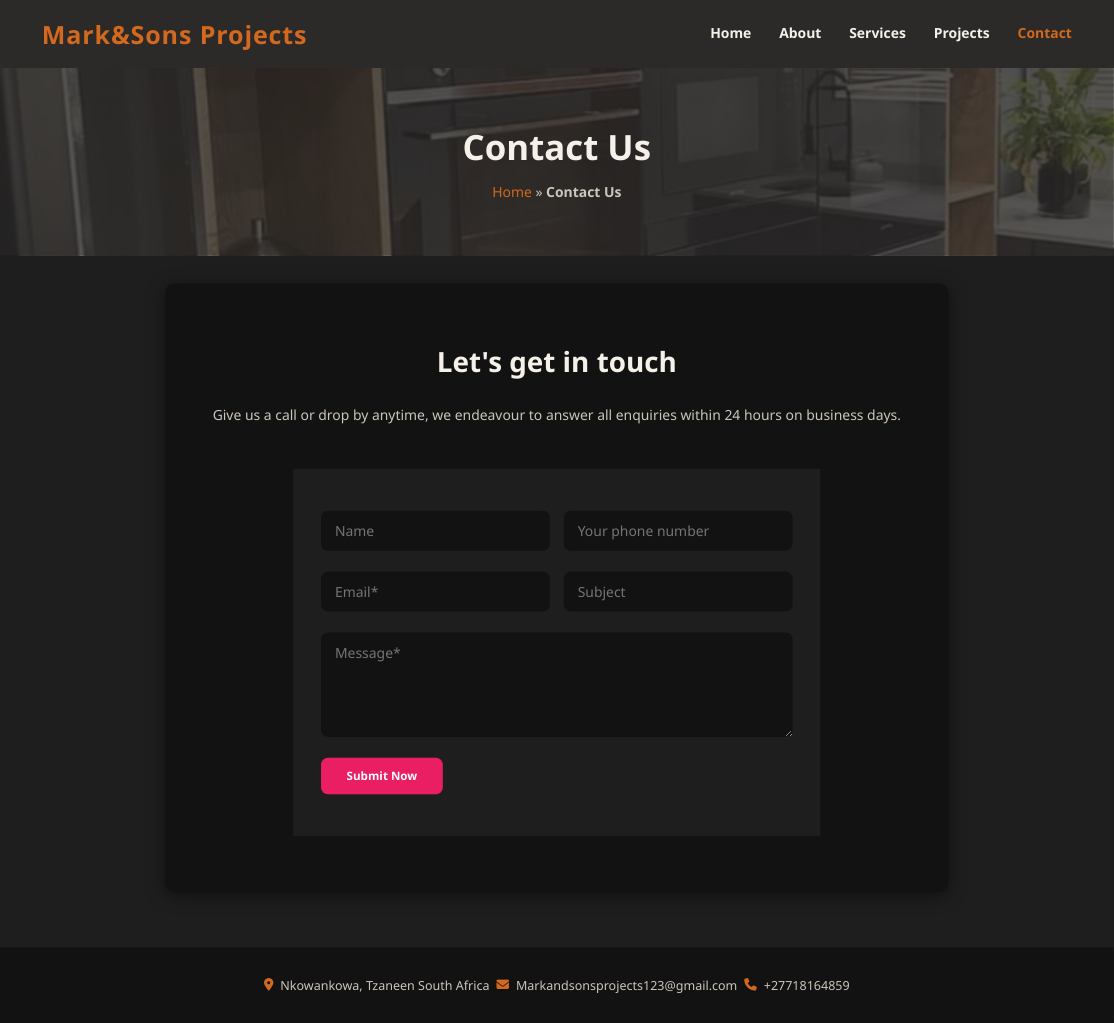
Repository: VallowEvido/Mark-SonsProjects
Page: contact.html
An editor plug-in stored every save of this project. The page is shown before and after a run of saves, followed by the edit.
The browser window is 1280 px wide. The pictures show the whole page, at 87% of full size.

Above is the page before, as saved 2025-07-19 17:50:54.

After the next 12 saves:
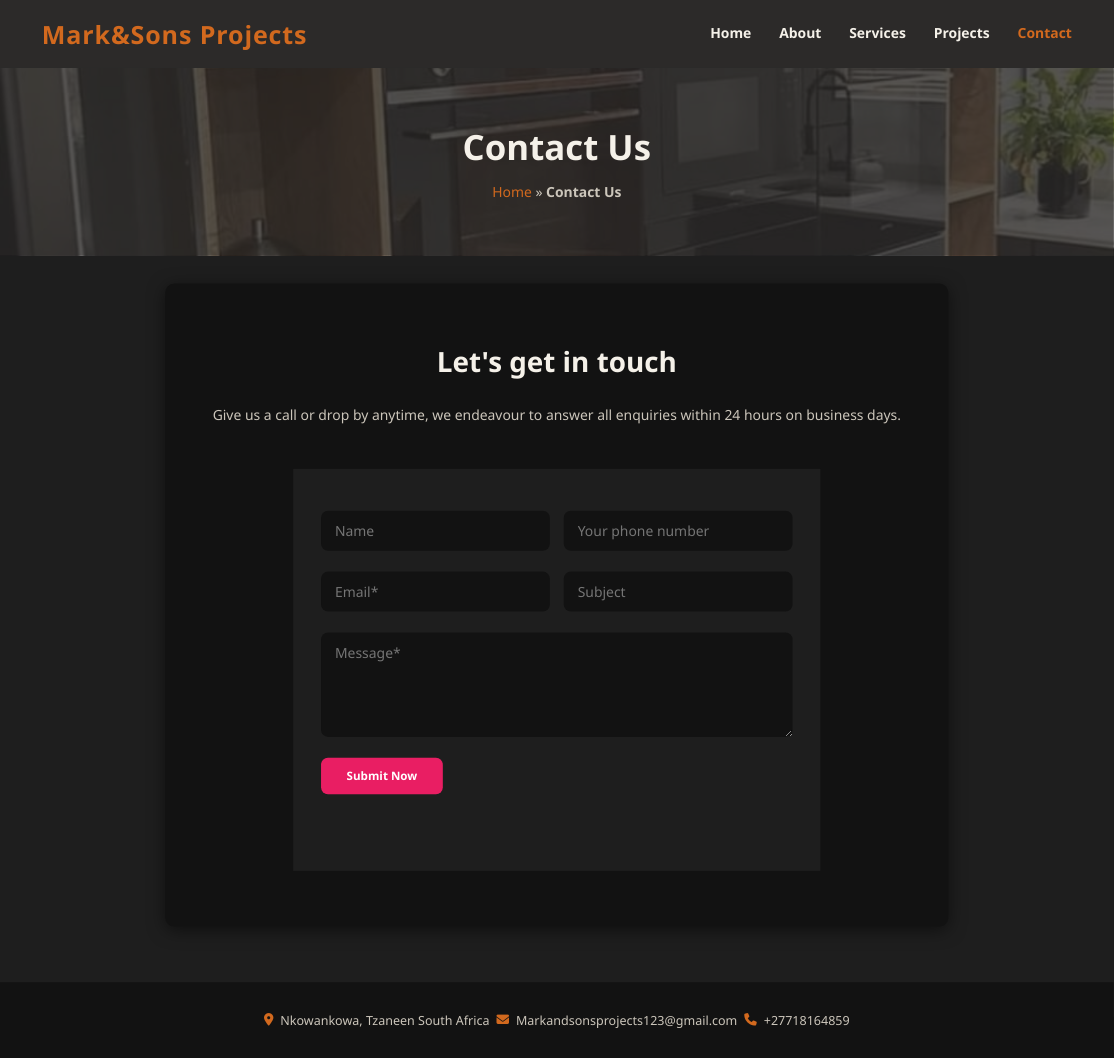
Console error: ReferenceError: emailjs is not defined
The 12 saves are shown as one change because they came seconds apart.
The last was saved 26 h 8 min later.
--- a/contact.html
+++ b/contact.html
@@ -29,19 +29,20 @@
   <section class="contact-main">
     <h2>Let's get in touch</h2>
     <p>Give us a call or drop by anytime, we endeavour to answer all enquiries within 24 hours on business days.</p>
-    <form class="contact-form">
+    <form class="contact-form" id="contactForm">
       <div class="form-row">
-        <input type="text" name="name" placeholder="Name" />
-        <input type="text" name="phone" placeholder="Your phone number" />
+        <input type="text" name="name" id="name" placeholder="Name" />
+        <input type="text" name="phone" id="phone" placeholder="Your phone number" />
       </div>
       <div class="form-row">
-        <input type="email" name="email" placeholder="Email*" required />
-        <input type="text" name="subject" placeholder="Subject" />
+        <input type="email" name="email" id="email" placeholder="Email*" required />
+        <input type="text" name="subject" id="subject" placeholder="Subject" />
       </div>
       <div class="form-row">
-        <textarea name="message" placeholder="Message*" required></textarea>
+        <textarea name="message" id="message" placeholder="Message*" required></textarea>
       </div>
       <button type="submit" class="btn btn-pink">Submit Now</button>
+      <div id="formMessage" style="margin-top: 1rem; font-weight: 600;"></div>
     </form>
   </section>
 
@@ -52,5 +53,58 @@
       <div><i class="fas fa-phone"></i> +27718164859</div>
     </div>
   </footer>
+
+  <script src="https://cdn.jsdelivr.net/npm/emailjs-com@3/dist/email.min.js"></script>
+  <script>
+    (function() {
+      emailjs.init("YOUR_EMAILJS_USER_ID"); // Replace with your EmailJS user ID
+
+      const form = document.getElementById('contactForm');
+      const formMessage = document.getElementById('formMessage');
+
+      form.addEventListener('submit', function(event) {
+        event.preventDefault();
+
+        // Basic validation
+        const name = form.name.value.trim();
+        const email = form.email.value.trim();
+        const message = form.message.value.trim();
+
+        if (!name || !email || !message) {
+          formMessage.style.color = 'red';
+          formMessage.textContent = 'Please fill in all required fields.';
+          return;
+        }
+
+        // Email format validation
+        const emailPattern = /^[^\s@]+@[^\s@]+\.[^\s@]+$/;
+        if (!emailPattern.test(email)) {
+          formMessage.style.color = 'red';
+          formMessage.textContent = 'Please enter a valid email address.';
+          return;
+        }
+
+        // Prepare the email params
+        const templateParams = {
+          from_name: name,
+          from_email: email,
+          phone: form.phone.value.trim(),
+          subject: form.subject.value.trim(),
+          message: message
+        };
+
+        // Send email using EmailJS
+        emailjs.send('YOUR_SERVICE_ID', 'YOUR_TEMPLATE_ID', templateParams)
+          .then(function(response) {
+            formMessage.style.color = 'green';
+            formMessage.textContent = 'Message sent successfully!';
+            form.reset();
+          }, function(error) {
+            formMessage.style.color = 'red';
+            formMessage.textContent = 'Failed to send message. Please try again later.';
+          });
+      });
+    })();
+  </script>
 </body>
 </html>
